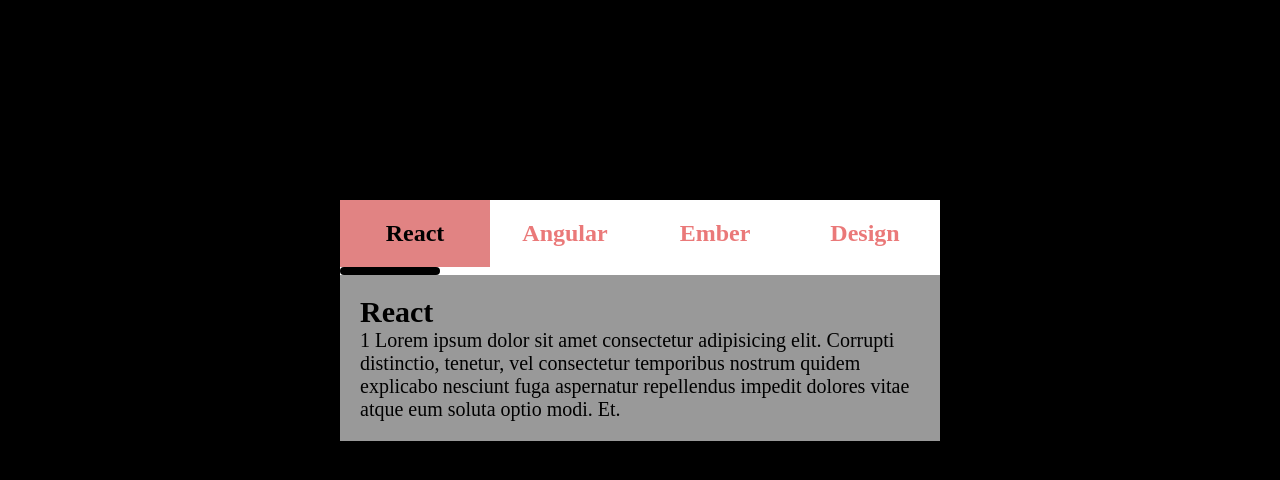
Repository: PCTai/javascript-coban
Page: tab UI/index.html
These files come from the project's save history. The page is drawn as it stood at one moment and after the next save; the edit follows.
The browser window is 1280 px wide. The pictures show the whole page.
The pointer rests on the first visible `.tab-item`.

Above is the page before, as saved 2022-02-10 09:13:23.

After the next save:
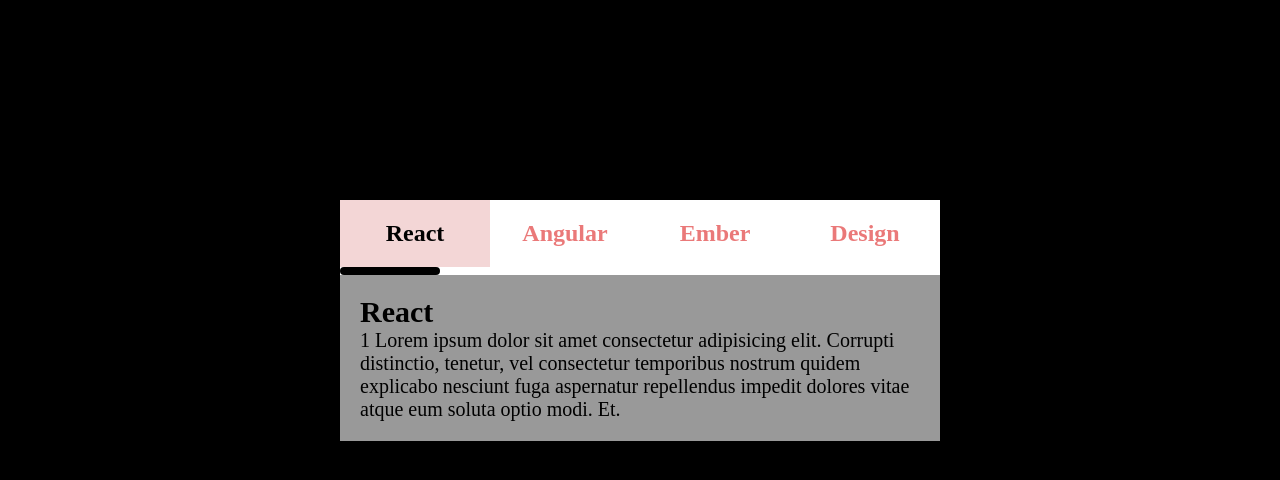
Saved 7 s later.
--- a/tab UI/style.css
+++ b/tab UI/style.css
@@ -28,7 +28,7 @@
 .tab-item:hover{
     opacity: 100%;
     color: #000;
-    background-color: rgb(225, 131, 131);
+    background-color: rgb(243, 214, 214);
 }
 .tab-line{
     width: 100px;
